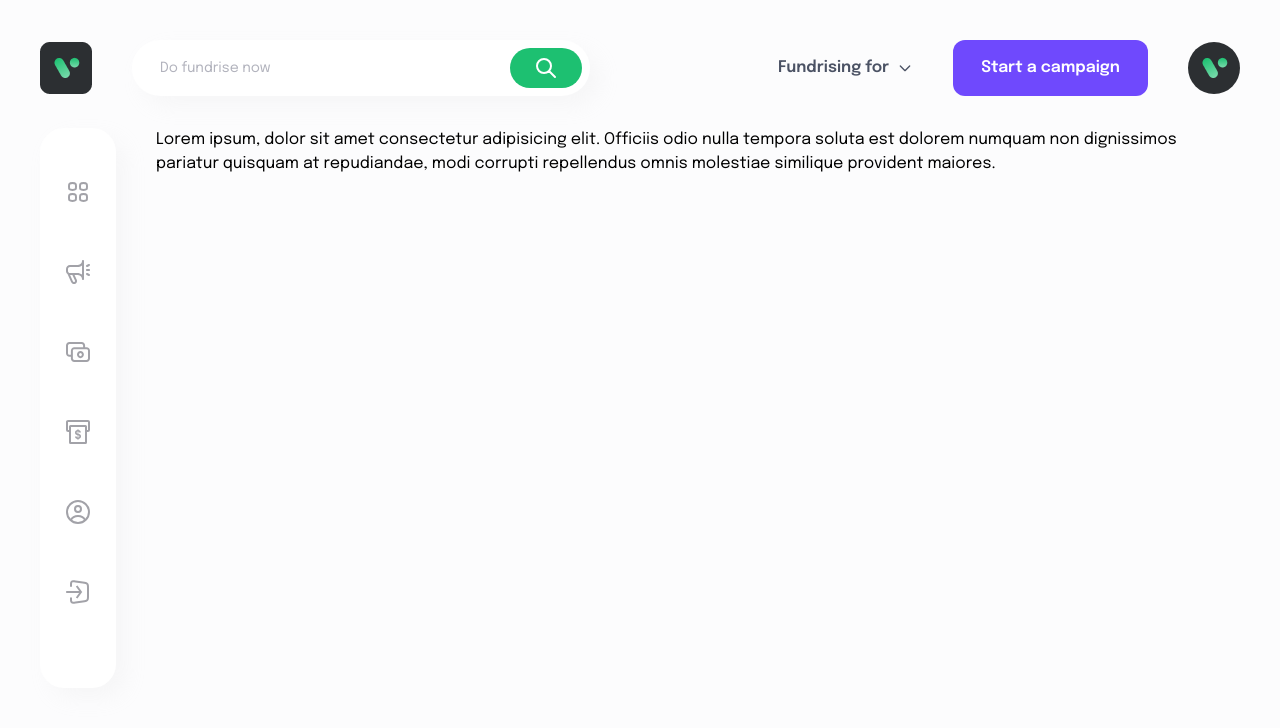
Repository: hoang0508/CrowFunding-APP
Page: /
The author's editor kept a copy of each file at every save. The page is drawn from the files as they stood at one save, then again after the next save.
The browser window is 1280 px wide. The pictures show the whole page.
The project was rebuilt for these pictures with package versions that can differ from the ones it lists, and the page was loaded fresh each time. Also part of the build but not shown: src/components/icons/IconEyeToggle.js, src/components/common/ErrorComponent.js, src/components/button/ButtonGoogle.js. Imported but missing from the stored project, and not drawn on this page: src/store/reducers.

Above is the page before, as saved 2022-07-21 10:17:06.

### public/index.html
<!DOCTYPE html>
<html lang="en">
  <head>
    <meta charset="utf-8" />
    <link rel="icon" href="%PUBLIC_URL%/favicon.ico" />
    <meta name="viewport" content="width=device-width, initial-scale=1" />
    <meta name="theme-color" content="#000000" />
    <meta
      name="description"
      content="Web site created using create-react-app"
    />
    <link rel="apple-touch-icon" href="%PUBLIC_URL%/logo192.png" />
    <!--
      manifest.json provides metadata used when your web app is installed on a
      user's mobile device or desktop. See https://developers.google.com/web/fundamentals/web-app-manifest/
    -->
    <link rel="manifest" href="%PUBLIC_URL%/manifest.json" />
    <!--
      Notice the use of %PUBLIC_URL% in the tags above.
      It will be replaced with the URL of the `public` folder during the build.
      Only files inside the `public` folder can be referenced from the HTML.

      Unlike "/favicon.ico" or "favicon.ico", "%PUBLIC_URL%/favicon.ico" will
      work correctly both with client-side routing and a non-root public URL.
      Learn how to configure a non-root public URL by running `npm run build`.
    -->
    <link rel="preconnect" href="https://fonts.googleapis.com" />
    <link rel="preconnect" href="https://fonts.gstatic.com" crossorigin />
    <link
      href="https://fonts.googleapis.com/css2?family=Epilogue:wght@400;500;600;700&display=swap"
      rel="stylesheet"
    />
    <title>Crowfunding App</title>
  </head>
  <body>
    <noscript>You need to enable JavaScript to run this app.</noscript>
    <div id="root"></div>
    <!--
      This HTML file is a template.
      If you open it directly in the browser, you will see an empty page.

      You can add webfonts, meta tags, or analytics to this file.
      The build step will place the bundled scripts into the <body> tag.

      To begin the development, run `npm start` or `yarn start`.
      To create a production bundle, use `npm run build` or `yarn build`.
    -->
  </body>
</html>

### src/index.js
import React from "react";
import { createRoot } from "react-dom/client";
import App from "./App";
import reportWebVitals from "./reportWebVitals";
import "./index.scss";
import { Provider } from "react-redux";
import { store } from "./store/configureStore";
import { BrowserRouter } from "react-router-dom";

const container = document.getElementById("root");
const root = createRoot(container);

root.render(
  <BrowserRouter>
    <Provider store={store}>
      <App />
    </Provider>
  </BrowserRouter>
);

// If you want to start measuring performance in your app, pass a function
// to log results (for example: reportWebVitals(console.log))
// or send to an analytics endpoint. Learn more: https://bit.ly/CRA-vitals
reportWebVitals();

### src/App.js
import React, { lazy, Suspense } from "react";
import { Route, Routes } from "react-router-dom";
const SignUpPage = lazy(() => import("./pages/SignUpPage"));
const SignInPage = lazy(() => import("./pages/SignInPage"));
const DashboardPage = lazy(() => import("pages/DashboardPage"));

function App() {
  return (
    <Suspense fallback={<></>}>
      <Routes>
        <Route path="/" element={<DashboardPage />}></Route>
        <Route path="/sign-up" element={<SignUpPage />}></Route>
        <Route path="/sign-in" element={<SignInPage />}></Route>
      </Routes>
    </Suspense>
  );
}

export default App;

### src/index.scss
@tailwind base;
@tailwind components;
@tailwind utilities;
@layer base {
  body {
    @apply font-primary text-base font-normal;
    line-height: 1.5;
  }
  input {
    @apply outline-none;
  }
}

input:focus + .error-input {
  display: none;
}

### src/store/configureStore.js
import { configureStore } from "@reduxjs/toolkit";
import createSagaMiddleware from "@redux-saga/core";
import logger from "redux-logger";
import { reducer } from "./reducers";
const sagaMiddleware = createSagaMiddleware();

export const store = configureStore({
  reducer: reducer,
  middleware: (gDM) => gDM().concat(logger, sagaMiddleware),
});
// sagaMiddleware.run(rootSaga);

### src/pages/DashboardPage.js
import LayoutDashboard from "layout/LayoutDashboard";
import React from "react";

const DashboardPage = () => {
  return (
    <LayoutDashboard>
      Lorem ipsum, dolor sit amet consectetur adipisicing elit. Officiis odio
      nulla tempora soluta est dolorem numquam non dignissimos pariatur quisquam
      at repudiandae, modi corrupti repellendus omnis molestiae similique
      provident maiores.
    </LayoutDashboard>
  );
};

export default DashboardPage;

### src/components/icons/index.js
export const { default: IconEyeToggle } = require("./IconEyeToggle");
export const { default: IconDashboard } = require("./IconDashboard");
export const { default: IconCampaign } = require("./IconCampaign");
export const { default: IconDarkmode } = require("./IconDarkmode");
export const { default: IconPayment } = require("./IconPayment");
export const { default: IconProfile } = require("./IconProfile");
export const { default: IconWidthdraw } = require("./IconWidthdraw");
export const { default: IconLogout } = require("./IconLogout");

### src/components/button/index.js
export const { default: Button } = require("./Button");
export const { default: ButtonGoogle } = require("./ButtonGoogle");

### src/layout/LayoutDashboard.js
import DashboardSidebar from "modules/dashboard/DashboardSidebar";
import DashboardTopbar from "modules/dashboard/DashboardTopbar";
import React from "react";

const LayoutDashboard = ({ children }) => {
  return (
    <div className="p-10 bg-lite min-h-screen">
      <DashboardTopbar></DashboardTopbar>
      <div className="flex items-start gap-x-10">
        <DashboardSidebar></DashboardSidebar>
        <div>{children}</div>
      </div>
    </div>
  );
};

export default LayoutDashboard;

### src/components/icons/IconDashboard.js
import React from "react";

const IconDashboard = () => {
  return (
    <span>
      <svg
        width={24}
        height={24}
        viewBox="0 0 24 24"
        fill="none"
        xmlns="http://www.w3.org/2000/svg"
      >
        <path
          fillRule="evenodd"
          clipRule="evenodd"
          d="M3 6.5C3 3.87479 3.02811 3 6.5 3C9.97189 3 10 3.87479 10 6.5C10 9.12521 10.0111 10 6.5 10C2.98893 10 3 9.12521 3 6.5Z"
          stroke="currentColor"
          strokeWidth={2}
          strokeLinecap="round"
          strokeLinejoin="round"
        />
        <path
          fillRule="evenodd"
          clipRule="evenodd"
          d="M14 6.5C14 3.87479 14.0281 3 17.5 3C20.9719 3 21 3.87479 21 6.5C21 9.12521 21.0111 10 17.5 10C13.9889 10 14 9.12521 14 6.5Z"
          stroke="currentColor"
          strokeWidth={2}
          strokeLinecap="round"
          strokeLinejoin="round"
        />
        <path
          fillRule="evenodd"
          clipRule="evenodd"
          d="M3 17.5C3 14.8748 3.02811 14 6.5 14C9.97189 14 10 14.8748 10 17.5C10 20.1252 10.0111 21 6.5 21C2.98893 21 3 20.1252 3 17.5Z"
          stroke="currentColor"
          strokeWidth={2}
          strokeLinecap="round"
          strokeLinejoin="round"
        />
        <path
          fillRule="evenodd"
          clipRule="evenodd"
          d="M14 17.5C14 14.8748 14.0281 14 17.5 14C20.9719 14 21 14.8748 21 17.5C21 20.1252 21.0111 21 17.5 21C13.9889 21 14 20.1252 14 17.5Z"
          stroke="currentColor"
          strokeWidth={2}
          strokeLinecap="round"
          strokeLinejoin="round"
        />
      </svg>
    </span>
  );
};

export default IconDashboard;

### src/components/icons/IconPayment.js
import React from "react";

const IconPayment = () => {
  return (
    <svg
      width={24}
      height={24}
      viewBox="0 0 24 24"
      fill="none"
      xmlns="http://www.w3.org/2000/svg"
    >
      <path
        d="M18.1111 8.14286V5.57143C18.1111 4.88944 17.8536 4.23539 17.3951 3.75315C16.9367 3.27092 16.315 3 15.6667 3H3.44444C2.79614 3 2.17438 3.27092 1.71596 3.75315C1.25754 4.23539 1 4.88944 1 5.57143V13.2857C1 13.9677 1.25754 14.6218 1.71596 15.104C2.17438 15.5862 2.79614 15.8571 3.44444 15.8571H5.88889M8.33333 21H20.5556C21.2039 21 21.8256 20.7291 22.284 20.2468C22.7425 19.7646 23 19.1106 23 18.4286V10.7143C23 10.0323 22.7425 9.37825 22.284 8.89601C21.8256 8.41377 21.2039 8.14286 20.5556 8.14286H8.33333C7.68503 8.14286 7.06327 8.41377 6.60485 8.89601C6.14643 9.37825 5.88889 10.0323 5.88889 10.7143V18.4286C5.88889 19.1106 6.14643 19.7646 6.60485 20.2468C7.06327 20.7291 7.68503 21 8.33333 21ZM16.8889 14.5714C16.8889 15.2534 16.6313 15.9075 16.1729 16.3897C15.7145 16.8719 15.0928 17.1429 14.4444 17.1429C13.7961 17.1429 13.1744 16.8719 12.716 16.3897C12.2575 15.9075 12 15.2534 12 14.5714C12 13.8894 12.2575 13.2354 12.716 12.7532C13.1744 12.2709 13.7961 12 14.4444 12C15.0928 12 15.7145 12.2709 16.1729 12.7532C16.6313 13.2354 16.8889 13.8894 16.8889 14.5714Z"
        stroke="#A2A2A8"
        strokeWidth={2}
        strokeLinecap="round"
        strokeLinejoin="round"
      />
    </svg>
  );
};

export default IconPayment;

### src/components/icons/IconProfile.js
import React from "react";

const IconProfile = () => {
  return (
    <svg
      width={24}
      height={24}
      viewBox="0 0 24 24"
      fill="none"
      xmlns="http://www.w3.org/2000/svg"
    >
      <circle
        cx={12}
        cy={9}
        r={3}
        stroke="#A2A2A8"
        strokeWidth={2}
        strokeLinecap="round"
      />
      <circle cx={12} cy={12} r={11} stroke="#A2A2A8" strokeWidth={2} />
      <path
        d="M19 20C18.5871 18.8525 17.6773 17.8384 16.4117 17.1152C15.146 16.392 13.5953 16 12 16C10.4047 16 8.85398 16.392 7.58835 17.1152C6.32271 17.8384 5.41289 18.8525 5 20"
        stroke="#A2A2A8"
        strokeWidth={2}
        strokeLinecap="round"
      />
    </svg>
  );
};

export default IconProfile;

### src/components/icons/IconWidthdraw.js
import React from "react";

const IconWidthdraw = () => {
  return (
    <svg
      width={24}
      height={24}
      viewBox="0 0 24 24"
      fill="none"
      xmlns="http://www.w3.org/2000/svg"
    >
      <path
        d="M4.46098 11H2.1C1.49249 11 1 10.5026 1 9.88889V2.11111C1 1.49746 1.49249 1 2.1 1H21.9C22.5075 1 23 1.49746 23 2.11111V9.88889C23 10.5026 22.5075 11 21.9 11H19.8207"
        stroke="#A2A2A8"
        strokeWidth={2}
      />
      <path
        d="M19.4286 6H4.57143C4.25583 6 4 6.24551 4 6.54839V22.4516C4 22.7545 4.25583 23 4.57143 23H19.4286C19.7442 23 20 22.7545 20 22.4516V6.54839C20 6.24551 19.7442 6 19.4286 6Z"
        stroke="#A2A2A8"
        strokeWidth={2}
      />
      <path
        d="M15 16.3794C15 16.8153 14.8949 17.2259 14.6848 17.6114C14.4825 17.9886 14.179 18.3029 13.7744 18.5543C13.3775 18.7973 12.9066 18.9398 12.3619 18.9817V20H11.6148V18.9691C10.8366 18.8937 10.2101 18.6423 9.73537 18.2149C9.2607 17.779 9.0156 17.1924 9 16.4549H10.751C10.7977 17.0583 11.0856 17.4229 11.6148 17.5486V15.1474C11.0545 14.9966 10.6031 14.8457 10.2607 14.6949C9.9183 14.544 9.62258 14.301 9.37358 13.9657C9.1245 13.6304 9 13.1737 9 12.5954C9 11.8663 9.24128 11.2713 9.72375 10.8103C10.214 10.3493 10.8443 10.0853 11.6148 10.0183V9H12.3619V10.0183C13.109 10.0853 13.7043 10.3284 14.1479 10.7474C14.5992 11.1665 14.8522 11.7447 14.9066 12.4823H13.144C13.1206 12.2393 13.0389 12.0297 12.8988 11.8537C12.7665 11.6693 12.5876 11.5394 12.3619 11.464V13.84C12.9455 13.9993 13.4047 14.1543 13.7393 14.3051C14.0817 14.4476 14.3774 14.6864 14.6264 15.0217C14.8755 15.3486 15 15.8011 15 16.3794ZM10.7043 12.5074C10.7043 12.784 10.7821 13.0103 10.9378 13.1863C11.0934 13.3539 11.3191 13.4922 11.6148 13.6011V11.4263C11.3346 11.4682 11.1128 11.5813 10.9494 11.7657C10.786 11.9501 10.7043 12.1973 10.7043 12.5074ZM12.3619 17.5737C12.6576 17.515 12.8872 17.3851 13.0506 17.184C13.2218 16.9829 13.3074 16.7398 13.3074 16.4549C13.3074 16.1783 13.2256 15.9562 13.0622 15.7886C12.8988 15.621 12.6654 15.4827 12.3619 15.3737V17.5737Z"
        fill="#A2A2A8"
      />
    </svg>
  );
};

export default IconWidthdraw;

### src/components/icons/IconLogout.js
import React from "react";

const IconLogout = () => {
  return (
    <svg
      width={24}
      height={24}
      viewBox="0 0 24 24"
      fill="none"
      xmlns="http://www.w3.org/2000/svg"
    >
      <path
        d="M5.67965 22.2267L5.01948 22.9778L5.67965 22.2267ZM21.2533 20.1437L22.0045 20.8039L21.2533 20.1437ZM16.7701 2.52318L16.6417 3.51491L16.7701 2.52318ZM5.67965 1.77328L5.01948 1.02216L5.67965 1.77328ZM9.38503 2.57581L16.6417 3.51491L16.8984 1.53145L9.64171 0.592353L9.38503 2.57581ZM21 8.47356V15.5264H23V8.47356H21ZM16.6417 20.4851L9.38502 21.4242L9.64171 23.4076L16.8984 22.4685L16.6417 20.4851ZM6 6.64513V5.551H4V6.64513H6ZM6 18.449V17.5726H4V18.449H6ZM9.38502 21.4242C8.30383 21.5641 7.5977 21.6531 7.07374 21.6474C6.57822 21.642 6.42467 21.5502 6.33983 21.4756L5.01948 22.9778C5.61428 23.5006 6.32624 23.6394 7.05199 23.6473C7.74929 23.6549 8.62019 23.5398 9.64171 23.4076L9.38502 21.4242ZM4 18.449C4 19.479 3.99767 20.3575 4.09468 21.0481C4.19565 21.7668 4.42467 22.455 5.01948 22.9778L6.33983 21.4756C6.25498 21.401 6.14417 21.2605 6.07523 20.7698C6.00233 20.2509 6 19.5392 6 18.449H4ZM21 15.5264C21 16.8086 20.9981 17.6759 20.9147 18.3324C20.8348 18.9608 20.6934 19.2661 20.5022 19.4836L22.0045 20.8039C22.56 20.1719 22.7919 19.4245 22.8987 18.5846C23.0019 17.7728 23 16.7561 23 15.5264H21ZM16.8984 22.4685C18.1179 22.3107 19.1264 22.1821 19.9182 21.9756C20.7375 21.7619 21.4489 21.436 22.0045 20.8039L20.5022 19.4836C20.3111 19.701 20.0264 19.8804 19.4135 20.0403C18.7731 20.2074 17.9133 20.3205 16.6417 20.4851L16.8984 22.4685ZM16.6417 3.51491C17.9133 3.67947 18.7731 3.79264 19.4135 3.95967C20.0264 4.11956 20.3111 4.29896 20.5022 4.51643L22.0045 3.19609C21.4489 2.56405 20.7375 2.2381 19.9182 2.02442C19.1264 1.81788 18.1179 1.68927 16.8984 1.53145L16.6417 3.51491ZM23 8.47356C23 7.2439 23.0019 6.22723 22.8987 5.41542C22.7919 4.57554 22.56 3.82812 22.0045 3.19609L20.5022 4.51643C20.6934 4.73391 20.8348 5.03922 20.9147 5.66765C20.9981 6.32415 21 7.19136 21 8.47356H23ZM9.64171 0.592353C8.62019 0.460156 7.74929 0.345098 7.05199 0.352683C6.32624 0.360577 5.61428 0.499373 5.01948 1.02216L6.33983 2.52439C6.42467 2.44981 6.57822 2.35795 7.07374 2.35256C7.5977 2.34687 8.30383 2.43589 9.38503 2.57581L9.64171 0.592353ZM6 5.551C6 4.4608 6.00233 3.74908 6.07523 3.23018C6.14417 2.73945 6.25498 2.59896 6.33983 2.52439L5.01948 1.02216C4.42467 1.54495 4.19565 2.23321 4.09468 2.95194C3.99767 3.6425 4 4.52097 4 5.551H6Z"
        fill="#A2A2A8"
      />
      <path
        d="M15 12L15.8107 11.4145L16.2335 12L15.8107 12.5855L15 12ZM1 13C0.447715 13 0 12.5523 0 12C0 11.4477 0.447715 11 1 11V13ZM11.4773 5.41451L15.8107 11.4145L14.1893 12.5855L9.85599 6.58549L11.4773 5.41451ZM15.8107 12.5855L11.4773 18.5855L9.85599 17.4145L14.1893 11.4145L15.8107 12.5855ZM15 13H1V11H15V13Z"
        fill="#A2A2A8"
      />
    </svg>
  );
};

export default IconLogout;

### src/components/button/Button.js
import React from "react";
import PropTypes from "prop-types";
import classNames from "utils/className";

const Button = ({
  type,
  children,
  className = "",
  isLoading = false,
  ...rest
}) => {
  const child = !!isLoading ? (
    <div className="w-10 h-10 border-4 border-white border-t-transparent border-b-transparent rounded-full animate-spin"></div>
  ) : (
    children
  );
  return (
    <button
      type={type}
      className={classNames(
        "font-semibold p-4 rounded-xl flex justify-center items-center min-h-[56px]  text-white",
        !!isLoading ? "opacity-50 pointer-events-none" : "",
        className
      )}
      // className={`font-semibold py-4 rounded-xl flex justify-center items-center min-h-[56px]
      // ${className} text-white ${
      //   !!isLoading ? "opacity-50 pointer-events-none" : ""
      // }`}
      {...rest}
    >
      {child}
    </button>
  );
};

Button.propTypes = {
  type: PropTypes.string.isRequired,
  className: PropTypes.string,
  children: PropTypes.node,
  isLoading: PropTypes.bool,
};

export default Button;

### src/modules/dashboard/DashboardSidebar.js
import {
  IconCampaign,
  IconDashboard,
  IconLogout,
  IconPayment,
  IconProfile,
  IconWidthdraw,
} from "components/icons";
import React from "react";
import { NavLink } from "react-router-dom";

const sidebarLinks = [
  {
    icon: <IconDashboard></IconDashboard>,
    title: "Dashboard",
    url: "/",
  },
  {
    icon: <IconCampaign></IconCampaign>,
    title: "Campaign",
    url: "/campaign",
  },
  {
    icon: <IconPayment></IconPayment>,
    title: "Payment",
    url: "/payment",
  },
  {
    icon: <IconWidthdraw></IconWidthdraw>,
    title: "Withdraw",
    url: "/withdraw",
  },
  {
    icon: <IconProfile></IconProfile>,
    title: "Profile",
    url: "/profile",
  },
  {
    icon: <IconLogout></IconLogout>,
    title: "Logout",
    url: "#",
    onclick: () => {},
  },
];

const DashboardSidebar = () => {
  return (
    <div className="w-full md:w-[76px] rounded-3xl shadow-[10px_10px_20px_rgba(218,_213,_213,_0.15)] bg-white px-[14px] py-10">
      {sidebarLinks.map((link) => (
        <NavLink
          to={link.url}
          key={link.title}
          className="flex items-center md:justify-center md:w-12 md:h-12 md:rounded-3xl md:mb-8 text-icon-color"
        >
          <span>{link.icon}</span>
          <span className="md:hidden">{link.title}</span>
        </NavLink>
      ))}
    </div>
  );
};

export default DashboardSidebar;

### src/modules/dashboard/DashboardTopbar.js
import { Button } from "components/button";
import React from "react";
import DashboardFunc from "./DashboardFunc";
import DashboardSearch from "./DashboardSearch";

const DashboardTopbar = () => {
  return (
    <div className="flex items-center justify-between mb-8">
      <div className="flex items-center gap-x-10 flex-1">
        <img src="/logo.png" alt="crowfunding-app" />
        <div className="w-full max-w-[458px] ">
          <DashboardSearch></DashboardSearch>
        </div>
      </div>
      <div className="flex items-center gap-x-10 flex-1 justify-end">
        <DashboardFunc></DashboardFunc>
        <Button className="bg-secondary px-7">Start a campaign</Button>
        <img
          src="/logo.png"
          alt="crowfunding-app"
          className="rounded-full object-cover"
        />
      </div>
    </div>
  );
};

export default DashboardTopbar;

### src/utils/className.js
export default function classNames(...args) {
  return args
    .reduce((acc, val) => {
      if (typeof val === "string") {
        return acc.concat(val.split(" "));
      }
      return acc.concat(Object.values(val));
    }, [])
    .join(" ");
}

### src/modules/dashboard/DashboardFunc.js
import React from "react";

const DashboardFunc = () => {
  return (
    <div className="text-text2 font-semibold flex items-center gap-x-2">
      <span>Fundrising for</span>
      <span className="w-4">
        <svg
          xmlns="http://www.w3.org/2000/svg"
          className="h-6 w-6 max-w-full"
          fill="none"
          viewBox="0 0 24 24"
          stroke="currentColor"
        >
          <path
            strokeLinecap="round"
            strokeLinejoin="round"
            strokeWidth={2}
            d="M19 9l-7 7-7-7"
          />
        </svg>
      </span>
    </div>
  );
};

export default DashboardFunc;

### src/modules/dashboard/DashboardSearch.js
import React from "react";

const DashboardSearch = () => {
  return (
    <div className="bg-white rounded-full shadow-[10px_10px_20px_rgba(218,_213,_213,_0.15)] p-2 flex items-center">
      <div className="flex-1">
        <input
          type="text"
          placeholder="Do fundrise now"
          className=" w-full text-sm font-normal placeholder:text-text4 px-5 text-text1"
        />
      </div>
      <button className="w-[72px] h-10 rounded-full bg-primary text-white flex items-center justify-center flex-shrink-0">
        <svg
          xmlns="http://www.w3.org/2000/svg"
          className="h-6 w-6"
          fill="none"
          viewBox="0 0 24 24"
          stroke="currentColor"
        >
          <path
            strokeLinecap="round"
            strokeLinejoin="round"
            strokeWidth={2}
            d="M21 21l-6-6m2-5a7 7 0 11-14 0 7 7 0 0114 0z"
          />
        </svg>
      </button>
    </div>
  );
};

export default DashboardSearch;

### tailwind.config.js
module.exports = {
  darkMode: "class",
  content: ["./src/**/*.{js,jsx,ts,tsx}"],
  theme: {
    extend: {
      fontFamily: {
        primary: ["Epilogue", "sans-serif;"],
      },
      colors: {
        primary: "#1DC071",
        secondary: "#6F49FD",
        text1: "#171725",
        text2: "#4B5264",
        text3: "#808191",
        text4: "#B2B3BD",
        "icon-color": "#A2A2A8",
        white: "#FFFFFF",
        whiteSoft: "#FCFBFF",
        graySoft: "#FCFCFC",
        strock: "#F1F1F3",
        lite: "#FCFCFD",
        error: "#EB5757",
        darkbg: "#13131A",
        darkSecondary: "#1C1C24",
        softDark: "#22222C",
        darkSoft: "#24242C",
        darkStroke: "#3A3A43",
      },
    },
  },
  plugins: [],
};

### src/components/icons/IconDarkmode.js
import React from "react";

const IconDarkmode = () => {
  return (
    <svg
      width="{24}"
      height="{24}"
      viewBox="0 0 24 24"
      fill="none"
      xmlns="http://www.w3.org/2000/svg"
    >
      <path
        d="M12 18.5455C10.264 18.5455 8.59918 17.8558 7.37167 16.6283C6.14415 15.4008 5.45455 13.736 5.45455 12C5.45455 10.264 6.14415 8.59918 7.37167 7.37167C8.59918 6.14415 10.264 5.45455 12 5.45455C13.736 5.45455 15.4008 6.14415 16.6283 7.37167C17.8558 8.59918 18.5455 10.264 18.5455 12C18.5455 13.736 17.8558 15.4008 16.6283 16.6283C15.4008 17.8558 13.736 18.5455 12 18.5455ZM12 16.3636C13.1573 16.3636 14.2672 15.9039 15.0856 15.0856C15.9039 14.2672 16.3636 13.1573 16.3636 12C16.3636 10.8427 15.9039 9.73278 15.0856 8.91444C14.2672 8.0961 13.1573 7.63636 12 7.63636C10.8427 7.63636 9.73278 8.0961 8.91444 8.91444C8.0961 9.73278 7.63636 10.8427 7.63636 12C7.63636 13.1573 8.0961 14.2672 8.91444 15.0856C9.73278 15.9039 10.8427 16.3636 12 16.3636ZM10.9091 1.09091C10.9091 0.488417 11.3975 0 12 0C12.6025 0 13.0909 0.488417 13.0909 1.09091V2.18182C13.0909 2.78431 12.6025 3.27273 12 3.27273C11.3975 3.27273 10.9091 2.78431 10.9091 2.18182V1.09091ZM10.9091 21.8182C10.9091 21.2157 11.3975 20.7273 12 20.7273C12.6025 20.7273 13.0909 21.2157 13.0909 21.8182V22.9091C13.0909 23.5116 12.6025 24 12 24C11.3975 24 10.9091 23.5116 10.9091 22.9091V21.8182ZM3.51491 5.05745C3.08895 4.63149 3.08895 3.94087 3.51491 3.51491C3.94087 3.08895 4.63149 3.08895 5.05745 3.51491L5.82873 4.28618C6.25469 4.71214 6.25469 5.40277 5.82873 5.82873C5.40277 6.25469 4.71214 6.25469 4.28618 5.82873L3.51491 5.05745ZM18.1713 19.7138C17.7453 19.2879 17.7453 18.5972 18.1713 18.1713C18.5972 17.7453 19.2879 17.7453 19.7138 18.1713L20.4851 18.9425C20.9111 19.3685 20.9111 20.0591 20.4851 20.4851C20.0591 20.9111 19.3685 20.9111 18.9425 20.4851L18.1713 19.7138ZM18.9421 3.51464C19.3682 3.0883 20.0594 3.08834 20.4855 3.51473C20.9113 3.94083 20.9111 4.63141 20.4852 5.05736L19.7139 5.82864C19.2879 6.25465 18.5972 6.25465 18.1712 5.82864C17.7452 5.4027 17.7452 4.71213 18.171 4.28609L18.9421 3.51464ZM4.28618 18.1713C4.71214 17.7453 5.40277 17.7453 5.82873 18.1713C6.25469 18.5972 6.25469 19.2879 5.82873 19.7138L5.05746 20.4851C4.63149 20.9111 3.94087 20.9111 3.51491 20.4851C3.08895 20.0591 3.08895 19.3685 3.51491 18.9425L4.28618 18.1713ZM22.9091 10.9091C23.5116 10.9091 24 11.3975 24 12C24 12.6025 23.5116 13.0909 22.9091 13.0909H21.8182C21.2157 13.0909 20.7273 12.6025 20.7273 12C20.7273 11.3975 21.2157 10.9091 21.8182 10.9091H22.9091ZM2.18182 10.9091C2.78431 10.9091 3.27273 11.3975 3.27273 12C3.27273 12.6025 2.78431 13.0909 2.18182 13.0909H1.09091C0.488417 13.0909 0 12.6025 0 12C0 11.3975 0.488417 10.9091 1.09091 10.9091H2.18182Z"
        fill="#A2A2A8"
      />
    </svg>
  );
};

export default IconDarkmode;

Loaded but not shown: src/reportWebVitals.js (common file); src/components/icons/IconCampaign.js (27 lines, source omitted)

After the next save:
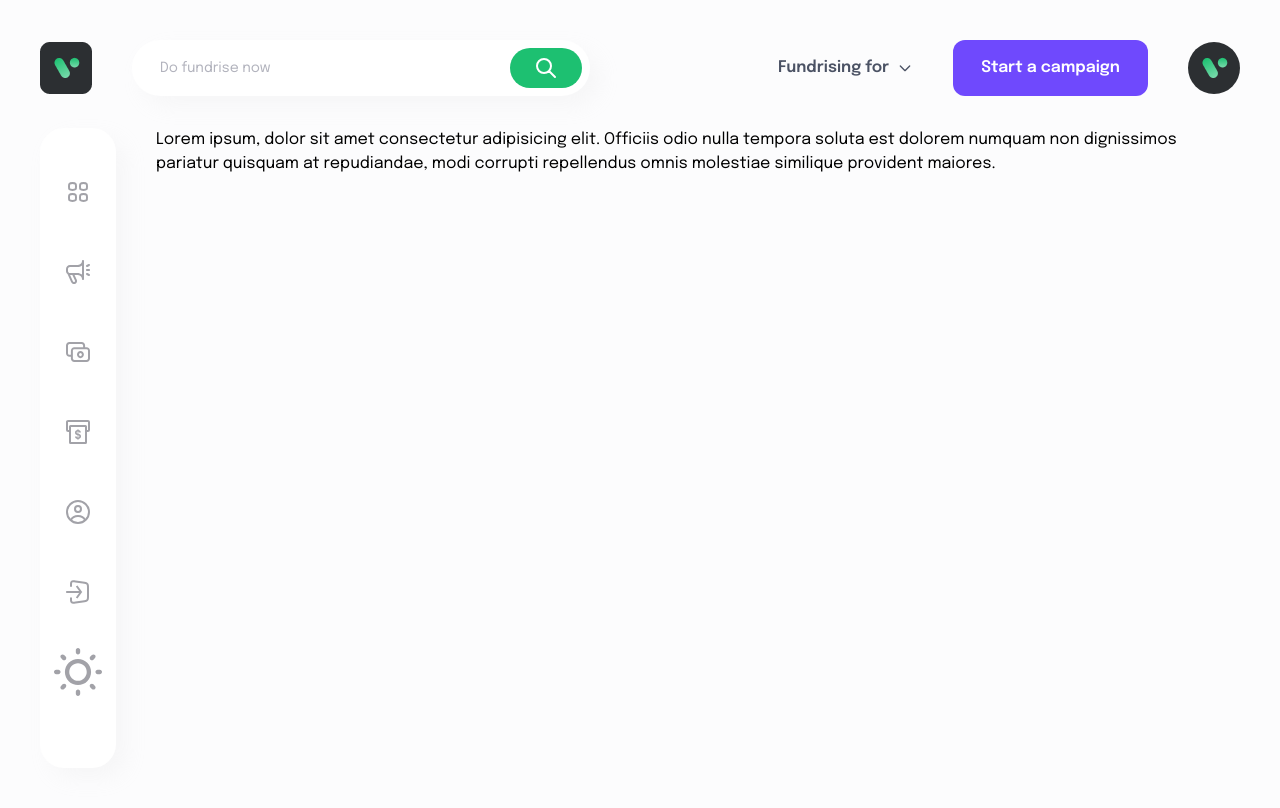
Saved 2 min 2 s later.
--- a/src/modules/dashboard/DashboardSidebar.js
+++ b/src/modules/dashboard/DashboardSidebar.js
@@ -1,5 +1,6 @@
 import {
   IconCampaign,
+  IconDarkmode,
   IconDashboard,
   IconLogout,
   IconPayment,
@@ -41,6 +42,11 @@ const sidebarLinks = [
     url: "#",
     onclick: () => {},
   },
+  {
+    icon: <IconDarkmode></IconDarkmode>,
+    title: "Light/Dark",
+    url: "#",
+  },
 ];
 
 const DashboardSidebar = () => {
